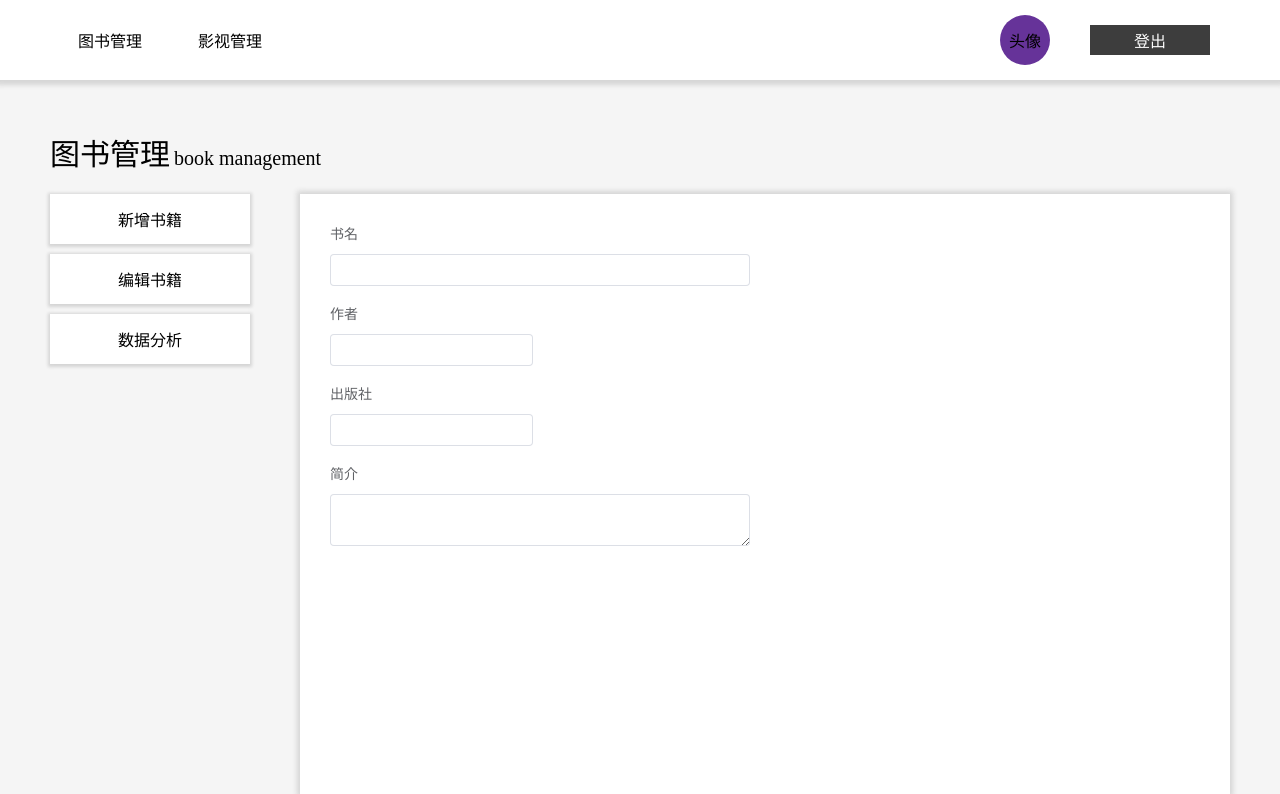
Repository: quanwangniuniu/Oasis-Reading-Platform
Page: /#/admin/books (app in Vue-frontend/)
An editor plug-in stored every save of this project. The page is shown before and after the next save, followed by the edit.
The browser window is 1280 px wide. The pictures show the whole page.
Some web fonts or font styles are not loaded; a fallback is used. The project was rebuilt for these pictures with package versions that can differ from the ones it lists, and the page was loaded fresh each time. Also part of the build but not shown: Vue-frontend/vite.config.js, Vue-frontend/src/components/Test.vue, Vue-frontend/src/components/user/books/BookCard.vue, Vue-frontend/src/components/axios/config.js, Vue-frontend/src/components/axios/api.js, Vue-frontend/src/components/user/books/Books.vue, Vue-frontend/src/components/user/movies/Favourites.vue, Vue-frontend/src/components/user/explore/Explore.vue and 10 more.

Above is the page before, as saved 2023-04-13 16:08:05.

After the next save:
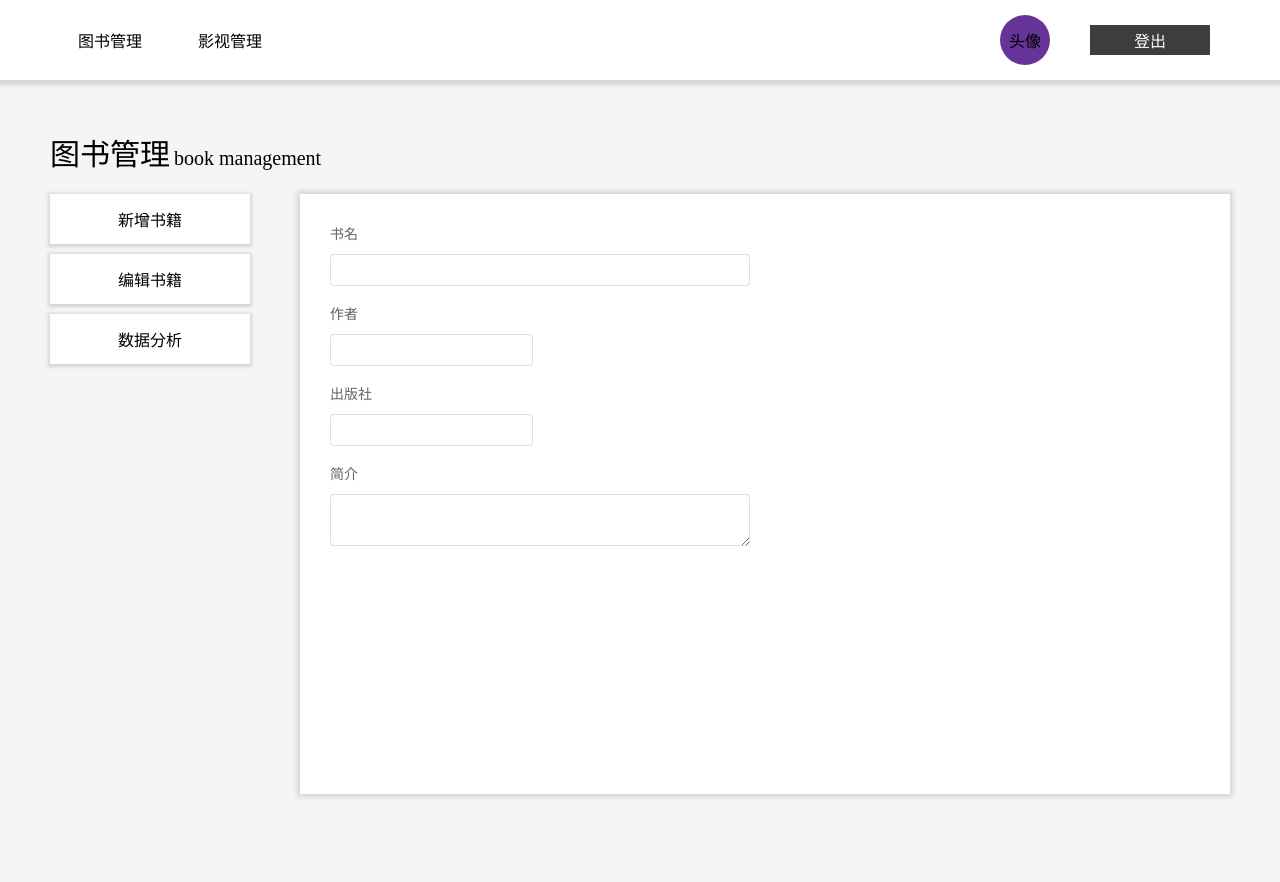
Saved 20 s later.
--- a/Vue-frontend/src/components/admin/bookManagement/BookManagement.vue
+++ b/Vue-frontend/src/components/admin/bookManagement/BookManagement.vue
@@ -45,7 +45,7 @@ const bookItem = ref({
             <el-form-item label="出版社">
               <el-input v-model="bookItem.publisher" />
             </el-form-item>
-            <el-form-item label="简介" style="height:200px;width:420px">
+            <el-form-item label="简介" style="height:400px;width:420px">
               <el-input v-model="bookItem.description" type="textarea"/>
             </el-form-item>
           </el-form>
